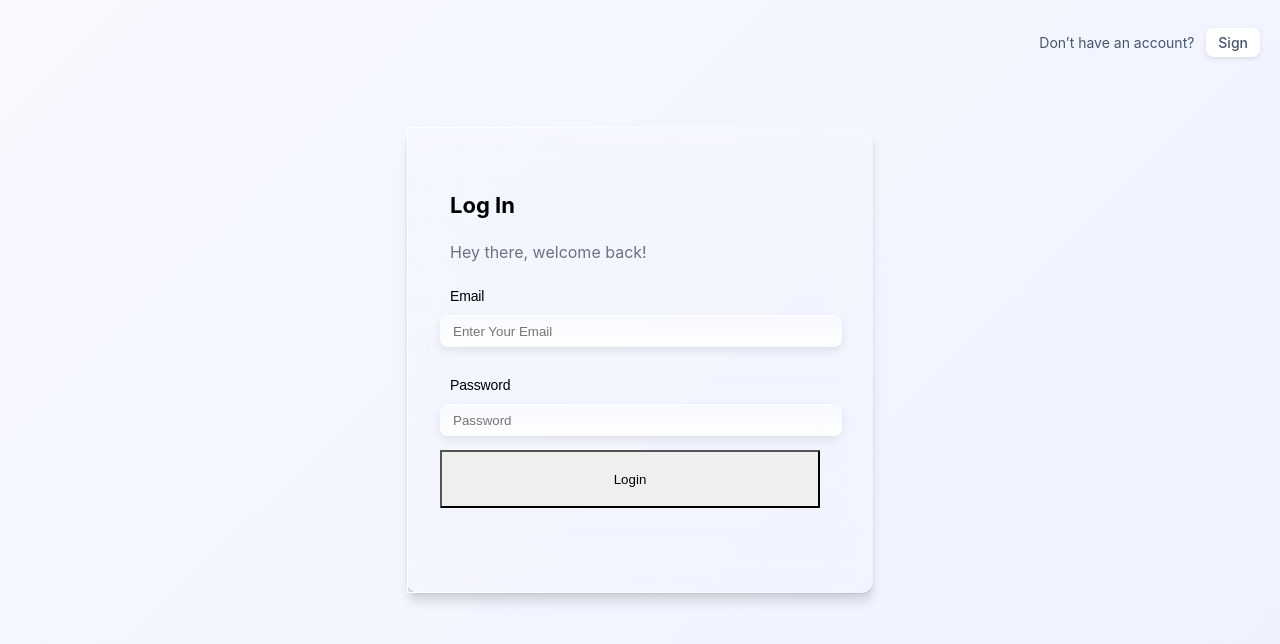
Repository: AfifaNoor/Admin_Panel-React-
Page: /
An editor plug-in stored every save of this project. The page is shown before and after the next save, followed by the edit.
The browser window is 1280 px wide. The pictures show the whole page.
The project was rebuilt for these pictures with package versions that can differ from the ones it lists, and the page was loaded fresh each time. Also part of the build but not shown: src/SignUp.jsx.

Above is the page before, as saved 2025-07-10 17:55:49.

### src/App.js
import React from 'react'
import LoginPage from './LoginPage'
import { RouterProvider } from 'react-router-dom'
import Router from './Router'

const App = () => {
  return (
    <>
      {/* <RouterProvider router={Router}/> */}
      <LoginPage/>
    </>


  )
}

export default App

### src/LoginPage.jsx
import React, { useState } from 'react'
// import {Navigate, useNavigate} from 'react-router-dom';
import "./LoginPage.css"
import { ToastContainer, toast } from 'react-toastify';
import 'react-toastify/dist/ReactToastify.css';

const LoginPage = () => {
    const[email , setEmail]=useState('')
    const [password , setPassword] = useState('')
    // const navigate= useNavigate();

const handleSubmit =(e)=>{
    e.preventDefault();

 const hardcoreMail="login@gmail.com";
 const hardcorePassword = '1234567'

    if (email=== hardcoreMail && password === hardcorePassword){
        alert("Login Successfull")

    }else{
        alert("Invalid Credential")
    }

}



  return (
 <div className="login-container">

      <div className="signup-redirect">
        <p>
          Don’t have an account?{' '}
          {/* <span className="signup-link" onClick={() => navigate('/sign-up')}> */}
            {/* Sign Up */}
          {/* </span> */}
          <span className="signup-link" >
            Sign
          </span>
        </p>
      </div>



    <div>



    </div>

      <form className="login-form" onSubmit={handleSubmit}>
      <div className="title">
        <h1>Log In</h1>
        <p>Hey there, welcome back!</p>
      </div>
      <label className='form-label'>Email</label>
        <input
          type="email"
          className="form-input"
          value={email}
          placeholder="Enter Your Email"
          onChange={(e) => setEmail(e.target.value)}
          required
        />

        <label className='form-label'>Password</label>
        <input
          type="password"
          className="form-input"
          placeholder="Password"
          value={password}
          onChange={(e) => setPassword(e.target.value)}
          required
        />

        <button className="login-btn" type="submit">
          Login
        </button>

        {/* <ToastContainer /> */}
      </form>
    </div>
  );
}

export default LoginPage

### src/Router.jsx
import React from 'react';
import { createBrowserRouter , createRoutesFromElements , Route } from 'react-router-dom';
import LoginPage from './LoginPage';
import SignUp from './SignUp';

const Router = createBrowserRouter(
  createRoutesFromElements(
    <>

      <Route path='/sign-up' element={<SignUp/>}/>
      <Route path='login-page' element={<LoginPage/>}/>
    </>
  )
)

export default Router;

### src/LoginPage.css
.login-container {
  width: 100%;
  height: 100vh;
  /* background: #FFFFFF; */
  opacity: 1;
  transform: rotate(0deg);
  display: flex;
  justify-content: center;
  align-items: center;
  background: linear-gradient(135deg, #f8f9ff, #eef2ff);
  flex-direction: column;
  /* font-family: 'Inter','sans-serif'; */
  position: relative;


}
.signup-redirect {
  position: absolute;
  top: 20px;
  right: 20px;
  font-size: 14px;
  color: #475569;
}

.signup-link {
  background: #ffffff;
  border-radius: 8px;
  padding: 6px 12px;
  margin-left: 8px;
  box-shadow: 0 2px 4px rgba(0,0,0,0.1);
  cursor: pointer;
  font-weight: 500;
  transition: all 0.3s ease;
}

.signup-link:hover {
  background: #f0f0f0;
}




.login-form{
  width: 400px;
  height: 400px;
  /* position: absolute; */
  /* top: 150.5px; */
  /* left: 482px; */
  border-radius: 12px;
  padding: 32px;
  gap: 10px;
  opacity: 1;
  flex-direction: column;

  z-index: 2;

  background: linear-gradient(180deg, rgba(255, 255, 255, 0) -9.58%, rgba(255, 255, 255, 0.052) 100%);
  border: 1px solid transparent;
  border-image-source: linear-gradient(93.78deg, #FFFFFF 8.04%, rgba(255, 255, 255, 0) 100%);
  border-image-slice: 1;


-webkit-backdrop-filter: blur(20px);
backdrop-filter: blur(20px);

box-shadow:
  0px 10px 10px 0px rgba(0, 0, 0, 0.10),
  0px 4px 4px 0px rgba(0, 0, 0, 0.05),
  0px 1px 0px 0px rgba(0, 0, 0, 0.05),
  inset 0px 20px 50px 0px rgba(255, 255, 255, 0.15);

}

.title{
  z-index: 3;
  width: 380px;
  height: 72px;
  opacity: 1;
  gap: 10px;
  padding: 10px;
  /* margin-bottom: 550px; */
  /* box-shadow: 0 4px 12px rgba(0, 0, 0, 0.1); */
  margin-bottom: 20px;


}

.title h1 {
width: 380px;
height: 40px;
font-family: 'Inter', sans-serif;
font-weight: 600px;
font-size: 22px;
line-height: 40px;
letter-spacing: -1%;
margin-bottom: 8px;
}

.title p{
  font-size: 16px;
  font-style: Inter;
  font-weight: 400px;
  font-style:normal;
  line-height: 22px;
  /* letter-spacing: -1%; */
  color: rgba(107, 114, 128, 1);
  margin-bottom: 24px;
  /* margin-bottom: 5px; */

}

.form-label{
width: 380px;
height: 22px;
transform: rotate(0deg);
opacity: 1;
gap: 12px;
text-align: left;
font-family: 'Intern',sans-serif;
font-weight: 500px;
font-size: 14px;
line-height: 22px;
letter-spacing: -0.01em;
color:black;
border: none;
border-radius: 6px;
padding: 3px 10px;
cursor: pointer;
display: inline-flex;
/* align-items: left; */
justify-content: left;
margin-top: 10px;
margin-bottom: 5px;

}

.form-input{

  width: 380px;
  height: 20px;
  min-width: 140px;
  max-width: 500px;
  transform: rotate(0deg);
  opacity: 1;
  border-radius: 8px;
  border-width: 1px;
  padding: 5px 8px 5px 12px;
  gap: 8px;
  margin-bottom: 14px;

  background: linear-gradient(0deg, rgba(255, 255, 255, 0.9) 0%, rgba(255, 255, 255, 0.4) 100%);
  border: 1px solid transparent; /* fallback for border-image */

  border-image:
    linear-gradient(0deg, rgba(255, 255, 255, 0.1), rgba(255, 255, 255, 0.1)),
    linear-gradient(360deg, rgba(255, 255, 255, 0.5) 0%, rgba(255, 255, 255, 0) 100%);
  border-image-slice: 1;


  -webkit-backdrop-filter: blur(20px);
  backdrop-filter: blur(20px);
  box-shadow: 0 4px 10px rgba(0,0,0,0.08);
  cursor: pointer;
}

.login-btn{
  direction: vertical;
  width: 380px;
  height: 58px;
  padding: 7px 7px ;
  gap: 12px;
  border-radius: 1px;

}

Loaded but not shown: public/index.html (common file); src/index.js (common file); src/index.css (common file); src/reportWebVitals.js (common file)

After the next save:
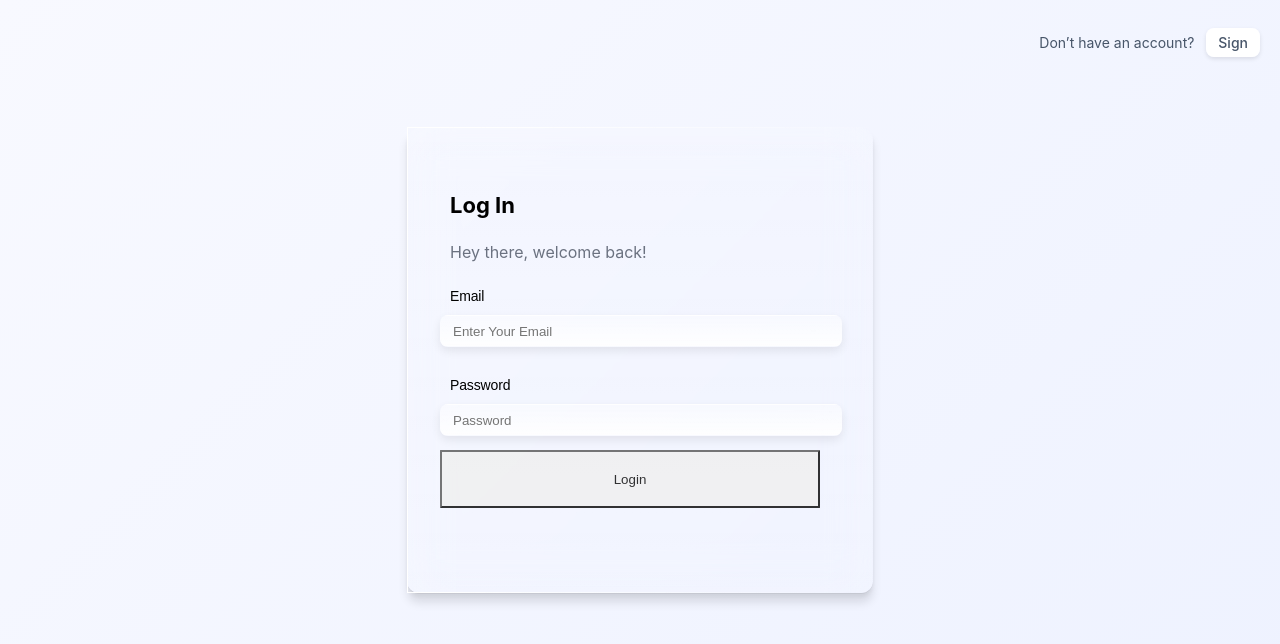
Saved 14 s later.
--- a/src/LoginPage.css
+++ b/src/LoginPage.css
@@ -170,5 +170,6 @@ margin-bottom: 5px;
   padding: 7px 7px ;
   gap: 12px;
   border-radius: 1px;
+  opacity: 80%;
 
 }
